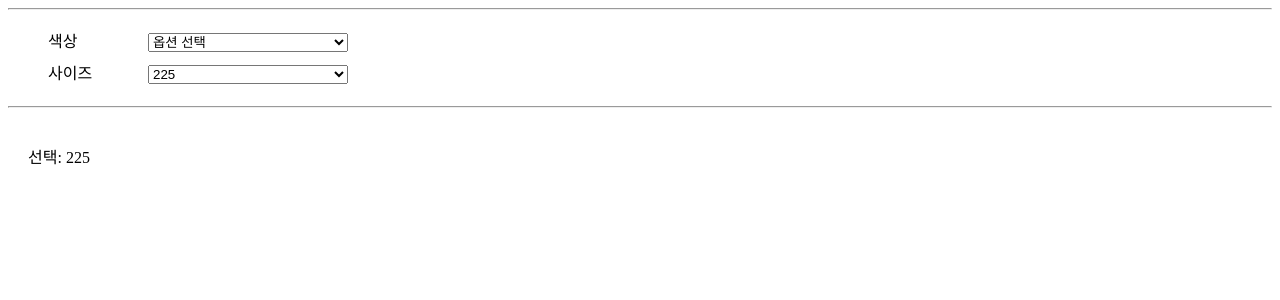
Repository: yeonddu/green_js
Page: pro01/public/songyeonsu-3-1.html
The author's editor kept a copy of each file at every save. The page is drawn from the files as they stood at one save, then again after the next save.
The browser window is 1280 px wide. The pictures show the whole page.
After loading, the first visible `#size` was changed once.

Above is the page before, as saved 2022-12-23 05:50:35.

After the next save:
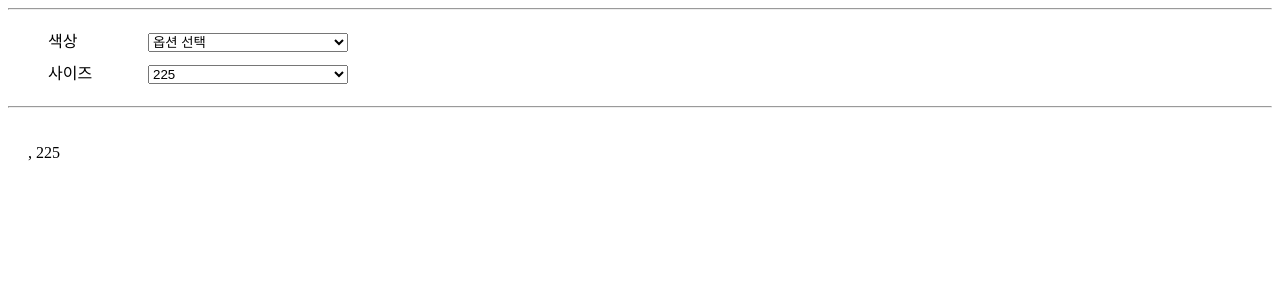
Saved 11 s later.
--- a/pro01/public/songyeonsu-3-1.html
+++ b/pro01/public/songyeonsu-3-1.html
@@ -38,7 +38,7 @@
 			const options = event.currentTarget.options
 			const index = event.currentTarget.options.selectedIndex
 
-			p.textContent += `선택: ${options[index].textContent}`
+			p.textContent += `, ${options[index].textContent}`
 		})
 	})
 
